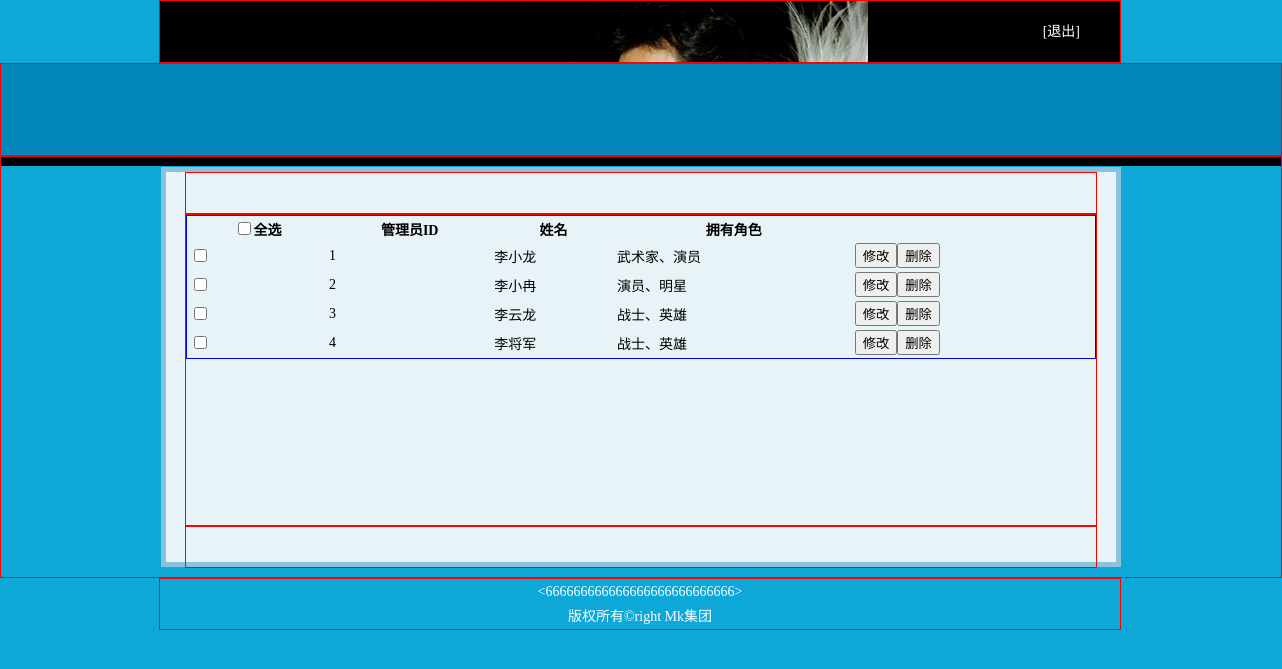
Repository: MasterKweng/workspace
Page: WebBasic/WebContent/Day02/demo6.html
An editor plug-in stored every save of this project. The page is shown before and after the next save, followed by the edit.
The browser window is 1280 px wide. The page is 1282 px wide, so the pictures cover 1282 px, including what lies to the right of the window. The pictures show the whole page.

Above is the page before, as saved 2018-01-04 08:05:10.

### WebBasic/WebContent/Day02/demo6.html
<!doctype html>
<html>
	<head>
		<title>管理员列表</title>
		<meta charset="utf-8"/>
		<style>
		/*设置页面整体布局*/
		/*body内外边距都是0*/
		body{
			background-color:#0EA8D8;
			padding:0;
			margin:0;
		}
		/*为了便于调试，设置出div边框，待完成时再去掉*/
		/*div统一设置为水平居中*/
		div {
			border:1px solid red;
			margin:0 auto;
		}
		/*分别设置各个div的宽高*/
		#logo{
			width:960px;
			height:61px;
		}
		#nav{
			width:100%;
			height:91px;
		}
		#main{
			width:100%;
			height:410px;
			padding:10px 0 0 0;
		}
		#copyright{
			width:960px;
			height:50px;
		}
		#content{
			width:950px;
			height:390px;
			border:5px solid #8ac1db;
		}
		#operate,#page{
			width:910px;
			height:40px;
		}
		#data{
			width:910px;
			height:310px;
		}
		/*设置背景色与背景图*/
		body{
			background-color:#0EA8D8;
			}
		#nav{
			background-color:#0488BB;
		}
		#content{
			background-color:#e8f3f8;
		}
		#logo{
			background-image:url(../img/leslie.jpg);
		}
		#main{
			background:url(../img/b.jpg) repeat-x top;
		}
		/*设置文本格式*/
		body{
			font-family:'微软雅黑';
			font-size:14px;
		}
		#logo,#copyright{
			color:#fff;
		}
		#logo a:link{
			color:#fff;

		}
		#logo a:visited{
			color:#fff;
		}
		#logo a{
			text-decoration:none;
			margin-right:40px;
			line-height:61px;
		}
		#logo{
			text-align:right;
		}
		#logo a:hover{
			font-weight:bold;
		}
		#copyright p{
			text-align:center;
			margin:0;
			line-height:25px;
		}
		/*设置表格的样式*/
		table{
			width:910px;
			border:1px solid blue;
		}
		</style>
	</head>
	<body>
		<!-- logo区 -->
		<div id="logo">
		<a href="#">[退出]</a>
		</div>
		<!-- 导航区 -->
		<div id="nav"></div>
		<!-- 核心区 -->
		<div id="main">
			<!-- 内容区 -->
			<div id="content">
				<!-- 操作区 -->
				<div id="operate"></div>
				<!-- 数据区 -->
				<div id="data">
					<table>
					<thead>
					<tr><th><input type="checkbox" id="check_all"/><label for="check_all">全选</label></th>
					<th>管理员ID</th><th>姓名</th><th>拥有角色</th><th></th></tr>
					</thead>
					<tbody>
					<tr>
					<td><input type="checkbox" id="1"/></td>
					<td>1</td><td>李小龙</td><td>武术家、演员</td>
					<td><input type="button" value="修改" class="modify"/><input type="button" value="删除" class="delete"/></td>
					</tr>
					<tr><td><input type="checkbox" id="2"/></td>
					<td>2</td><td>李小冉</td><td>演员、明星</td>
					<td><input type="button" value="修改" class="modify"/><input type="button" value="删除" class="delete"/></td>
					</tr>
					<tr><td><input type="checkbox" id="3"/></td>
					<td>3</td><td>李云龙</td><td>战士、英雄</td>
					<td><input type="button" value="修改" class="modify"/><input type="button" value="删除" class="delete"/></td>
					</tr>
					<tr><td><input type="checkbox" id="4"/></td>
					<td>4</td><td>李将军</td><td>战士、英雄</td>
					<td><input type="button" value="修改" class="modify"/><input type="button" value="删除" class="delete"/></td>
					</tr>
					</tbody>
					</table>
				</div>
				<!-- 分页区 -->
				<div id="page"></div>
			</div>
		</div>
		<!-- 版权区 -->
		<div id="copyright">
		<p>
		<666666666666666666666666666>
		</p>
		<p>
		版权所有&copyright Mk集团
		</p>
		</div>
	</body>
</html>

After the next save:
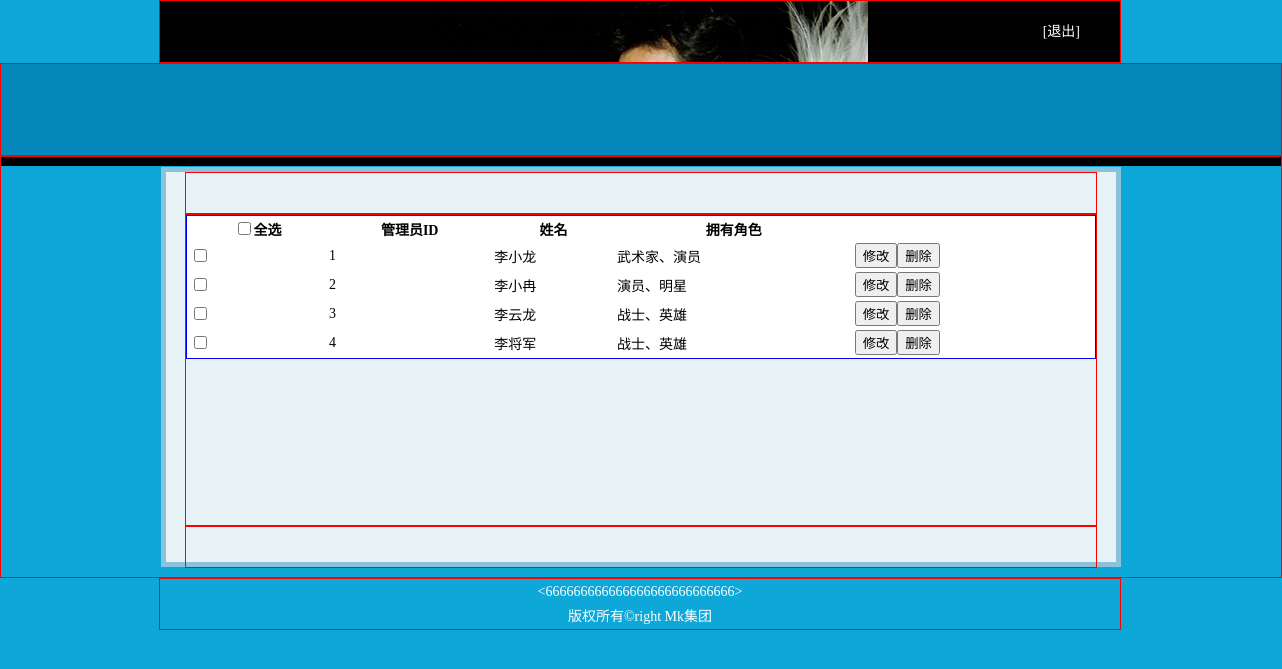
Saved 48 s later.
--- a/WebBasic/WebContent/Day02/demo6.html
+++ b/WebBasic/WebContent/Day02/demo6.html
@@ -99,7 +99,9 @@
 		table{
 			width:910px;
 			border:1px solid blue;
+			background-color:#fff;
 		}
+
 		</style>
 	</head>
 	<body>
